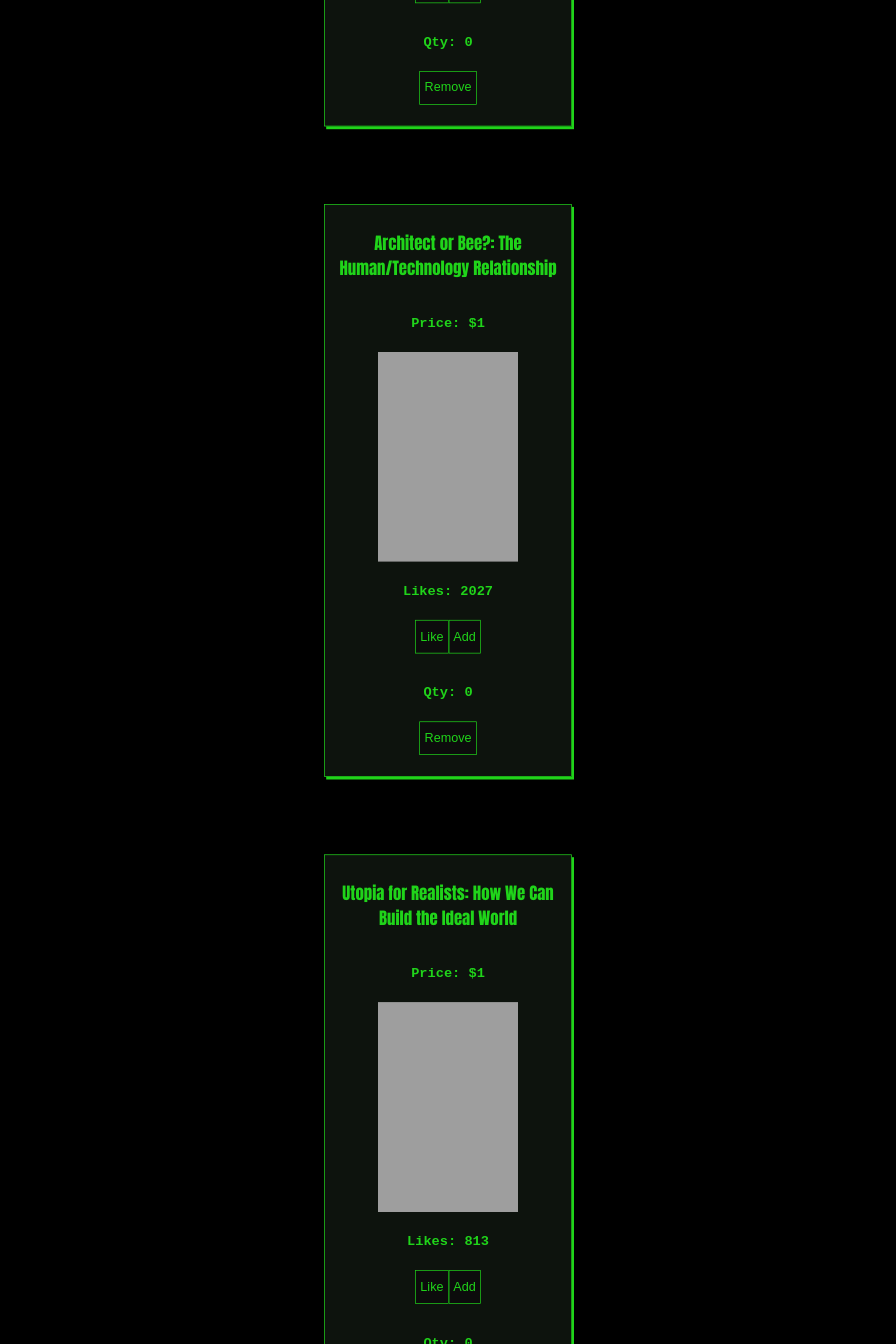
Repository: rvelarden/React-Hooks-UtopianTech-Bookstore
Page: / (app in utopiantech/)
An editor plug-in stored every save of this project. The page is shown before and after a run of saves, followed by the edit.
The browser window is 1280 px wide. The pictures show the part of the page from y = 1012 to 2932 px (the page is 7758 px tall before and 9040 px after), at 70% of full size.
Pictures or frames that could not be fetched are drawn as grey boxes. The project was rebuilt for these pictures with package versions that can differ from the ones it lists, and the page was loaded fresh each time. A package was used in the major version that the imports need, not the one package.json lists. Also part of the build but not shown: utopiantech/src/components/Shop.js, utopiantech/src/components/Spanish.js.

Above is the page before, as saved 2021-11-24 14:49:17.

### utopiantech/src/App.js
import React from 'react';
import './App.css';
import { BrowserRouter as Router, Route, Switch } from 'react-router-dom'
import Shop from "./components/Shop";
import Spanish from "./components/Spanish"
import Navbar from "./components/Navbar"
import SearchBar from "./components/SearchBar";
import BookList from './components/BookList';

const allItems = [
  {
    id: 1,
    name: "The Rise and Decline of Patriarchal Systems",
    image: "https://img.thriftbooks.com/api/images/i/m/8ECA8C9BAF351D13622ADFFBFA8A5D4E2BAABAFF.jpg",
    likes: 3359,
    price: 1,
    category: 'Social Studies'
  },
  {
    id: 2,
    name: "Architect or Bee?: The Human/Technology Relationship",
    image: "https://i.pinimg.com/originals/73/73/d8/7373d864a3dcb4534dc00fda64483674.jpg",
    likes: 2027,
    price: 1,
    category: 'Social Studies'
  },
  {
    id: 3,
    name: "Utopia for Realists: How We Can Build the Ideal World",
    image: "https://images-na.ssl-images-amazon.com/images/I/51CJA6QHtKL._SY291_BO1,204,203,200_QL40_FMwebp_.jpg",
    likes: 813,
    price: 1,
    category: 'Computer Science'
  },
  {
    id: 4,
    name: "Ada's Algorithm: How Lord Byron's Daughter ADA Lovelace Launched the Digital Age",
    image: 'https://img.thriftbooks.com/api/images/m/0bb4a32fefff1ec9c627527f6feb36668f62783b.jpg',
    likes: 7777,
    price: 1,
    category: 'Computer Science'
  },
  {
    id: 5,
    name: "Turing's Vision: The Birth of Computer Science (The MIT Press)",
    image: "https://images-na.ssl-images-amazon.com/images/I/411cTz90bFL._SY291_BO1,204,203,200_QL40_FMwebp_.jpg",
    likes: 1000,
    price: 1,
    category: 'Computer Science'
  },
  {
    id: 6,
    name: "Alan Turing: The Enigma: The Centenary Edition",
    image: "https://img.thriftbooks.com/api/images/m/6da6b05beb1f54981b588ee2a84e6f0b13a436f9.jpg",
    likes: 2000,
    price: 1,
    category: 'Computer Science'
  },
  {
    id: 8,
    name: "Ada Lovelace: The Making of a Computer Scientist",
    image: "https://images-na.ssl-images-amazon.com/images/I/51G-h1wZ7xL._SX218_BO1,204,203,200_QL40_FMwebp_.jpg",
    likes: 2000,
    price: 1,
    category: 'Computer Science'
  },
  {
    id: 9,
    name: "If Then: How the Simulmatics Corporation Invented the Future",
    image: "https://images-na.ssl-images-amazon.com/images/I/41wf6nnKIBL._SY291_BO1,204,203,200_QL40_FMwebp_.jpg",
    likes: 8000,
    price: 1,
    category: 'Business'
  }
]

export default class App extends React.Component {


  state = {
    searchText: '',
    books: allItems
  }

  searchBarText = (allItems)=>{
    // console.log(allItems)
    this.setState({
      searchText: allItems
    })
  }
  render(){
    const filteredBooks = this.state.books.filter(filterBook => filterBook.name.toLowerCase().includes(this.state.searchText))
  return (
    <Router>
      <div>
        <Navbar/>
        <div>
        <Switch>
        <Route exact path="/">
        {/* <Shop /> */}
        <SearchBar searchBar={this.searchBarText} searchText={this.state.searchText}/>
        <BookList books={filteredBooks}/>
        </Route>
        <Route path="/spanish">
        <Spanish />
        </Route>
      </Switch>
    </div>
    </div>
    </Router>
  )
}

}

### utopiantech/src/App.css
body {
  margin: 0;
  /* font-family: monospace; */
  background-color: black;
}

#book-header {
  display: flex;
  justify-content: center;
  background: #20d41a;
  opacity: .8;
  height: 7rem;
  padding: 1rem;
}

#book-header img {
  height: 6rem;
  width: auto;
}

#book-collection {
  margin: 2rem;
}

.card {
  text-align: center;
  border: #20d41a solid 1px;
  padding: 1rem;
  width: 20rem;
  height: 49rem;
  display: inline-grid;
  margin: 3rem 5rem;
  box-shadow: 3px 4px #20d41a;
  background-color: #0d130d;
  /* font-family: monospace; */
}

.font-text{
  font-family: Impact, Haettenschweiler, 'Arial Narrow Bold', sans-serif;
  color: #20d41a;
}
.font-text-text{
  font-family: monospace;
  color: #20d41a;
  background-color: black;
}

.book-avatar {
  justify-self: center;
  height: 15rem;
  width: auto;

}
.color-white {
  color:#20d41a
}

button {
  position: relative;
  background-color: #0c0c0c;
  border: none;
  height: 3rem;
  width: max-content;
  color: #20d41a;
  font-size: 18px;
  justify-self: center;
  border: #20d41a solid 1px;
}

.buttonContainer {
  text-align: center;
  padding: 1rem;
}
.textleft {
  text-align: right;
  /* padding: 10rem; */
}

button:hover {
  background-color: rgb(48, 46, 46);
  border: #20d41a solid 1px;
  color: 20d41a;
}

.container {
  padding: 1rem;
  width: stretch;
  height: auto;
  background: #20d41a;
  opacity: .8;
}

.add-book-form {
  width: 80%
}

.submit {
  position: relative;
  background-color: #20d41a;
  height: 2rem;
  width: max-content;
  color: #20d41a;
  font-size: 18px;
  justify-self: center;
  /* font-family: monospace; */
  margin: 3px;
}

.submit:hover {
  background-color: whitesmoke;
  border: #20d41a solid 1px;
  color: #20d41a;
}


.input-text {
  border-radius: 5px;
  height: 2rem;
  width: 60%;
  font-size: 18px;
  font-family: monospace;
  margin: 3px;
  color: #20d41a;
}

.center-text {
  text-align: center;
}

.center-button {
  /* margin: 0; */
  /* position: absolute; */
  /* top: 50%; */
  left: 50%;
  -ms-transform: translate(-50%, -50%);
  transform: translate(-50%, -50%);
}

a{
  /* left: 72%; */
  font-size: 20px;
  /* position:initial; */
  /* margin: 0; */
  font-family: sans-serif;
  /* padding: 0; */
  /* width: 100%; */
  /* display: inline; */
  /* outline: none; */
  /* text-decoration: none; */
  display: inline-block;
  width: 5.5%;
  margin-right: 0.625%;
  text-align: center;
  line-height: 3;
  color: #20d41a;
  margin-right: 0;
  /* background: whitesmokeow; */
  /* border: #1938e7 solid 1px; */
}

a:hover{
  color:#20d41a
}

### utopiantech/src/components/Navbar.js
import React, { Component } from 'react';

const Navbar = ()=>{
    const [cart, setCart] = React.useState([]);
    const cartTotal = cart.reduce((total, { price = 0 }) => total + price, 0);
    return(
        <div>
        <a href='/spanish' >Español</a>
        <a href='/' >English</a>

        <h1 className="center-text font-text-text textleft">CART</h1>
            <h1 className="center-text font-text-text">Total: ${cartTotal}</h1>
            <div>
            <br></br>
            <button className="center-button" onClick={() => setCart([])}>Clear</button>
            </div>
        </div>
    )
}

export default Navbar

### utopiantech/src/components/SearchBar.js
import React, { useCallback, useEffect, useState } from "react";




  const Search = (props) => {


    return (
      <div className="center-text font-text-text">

        <div className="bannersingle" >
              <h1>Find Book Name</h1>
          </div>
        <div >
          <input
           type="text"
           placeholder={"Search"}
           className="searchInput"
           onChange={(e) => props.searchBar(e.target.value)}
          />
        </div>

      </div>
    );
  };

  export default Search;

### utopiantech/src/components/BookList.js
import React, { Component } from "react"
import Book from "./Book.js"
import { Header, Button } from 'semantic-ui-react'

class BookList extends Component {


    render() {
    return (
        <div>
            {this.props.books.map(bookItem => <Book book={bookItem} />)}
        </div>


    )
      }
}

export default BookList

### utopiantech/src/components/Book.js
import React, { Component, useCallback } from 'react';


const allItems = [
    {
      id: 1,
      name: "The Rise and Decline of Patriarchal Systems",
      image: "https://img.thriftbooks.com/api/images/i/m/8ECA8C9BAF351D13622ADFFBFA8A5D4E2BAABAFF.jpg",
      likes: 3359,
      price: 1,
      category: 'Social Studies'
    },
    {
      id: 2,
      name: "Architect or Bee?: The Human/Technology Relationship",
      image: "https://i.pinimg.com/originals/73/73/d8/7373d864a3dcb4534dc00fda64483674.jpg",
      likes: 2027,
      price: 1,
      category: 'Social Studies'
    },
    {
      id: 3,
      name: "Utopia for Realists: How We Can Build the Ideal World",
      image: "https://images-na.ssl-images-amazon.com/images/I/51CJA6QHtKL._SY291_BO1,204,203,200_QL40_FMwebp_.jpg",
      likes: 813,
      price: 1,
      category: 'Computer Science'
    },
    {
      id: 4,
      name: "Ada's Algorithm: How Lord Byron's Daughter ADA Lovelace Launched the Digital Age",
      image: 'https://img.thriftbooks.com/api/images/m/0bb4a32fefff1ec9c627527f6feb36668f62783b.jpg',
      likes: 7777,
      price: 1,
      category: 'Computer Science'
    },
    {
      id: 5,
      name: "Turing's Vision: The Birth of Computer Science (The MIT Press)",
      image: "https://images-na.ssl-images-amazon.com/images/I/411cTz90bFL._SY291_BO1,204,203,200_QL40_FMwebp_.jpg",
      likes: 1000,
      price: 1,
      category: 'Computer Science'
    },
    {
      id: 6,
      name: "Alan Turing: The Enigma: The Centenary Edition",
      image: "https://img.thriftbooks.com/api/images/m/6da6b05beb1f54981b588ee2a84e6f0b13a436f9.jpg",
      likes: 2000,
      price: 1,
      category: 'Computer Science'
    },
    {
      id: 8,
      name: "Ada Lovelace: The Making of a Computer Scientist",
      image: "https://images-na.ssl-images-amazon.com/images/I/51G-h1wZ7xL._SX218_BO1,204,203,200_QL40_FMwebp_.jpg",
      likes: 2000,
      price: 1,
      category: 'Computer Science'
    },
    {
      id: 9,
      name: "If Then: How the Simulmatics Corporation Invented the Future",
      image: "https://images-na.ssl-images-amazon.com/images/I/41wf6nnKIBL._SY291_BO1,204,203,200_QL40_FMwebp_.jpg",
      likes: 8000,
      price: 1,
      category: 'Business'
    }
  ]


const Book = (props) => {
    const [cart, setCart] = React.useState([]);
    const [items, setItems] = React.useState(allItems)
    const [text, setText] = React.useState(false)
    const addToCart = (item) => setCart((currentCart) => [...currentCart, item])
    // const cartTotal = cart.reduce((total, { price = 0 }) => total + price, 0);

    const removeFromCart = (item) => {
        setCart((currentCart) => {
          const indexOfItemToRemove = currentCart.findIndex((cartItem) => cartItem.id === item.id);

          if (indexOfItemToRemove === -1) {
            return currentCart;
          }

          return [
            ...currentCart.slice(0, indexOfItemToRemove),
            ...currentCart.slice(indexOfItemToRemove + 1),
          ];
        });
      };

      const amountOfItems = (id) => cart.filter((item) => item.id === id).length;

    const updateLike = useCallback(

        (item) => {
         setItems(items.map(indItem => {
            if (indItem !== item) {
              return indItem
            } else {
              return {...item, likes: item.likes + 1}
            }
          }))
      },
      [], // Tells React to memoize regardless of arguments.
      )


      return(
            <div className="center-text font-text-text">
            <div  key={props.book.id} className="card">
            <div className="font-text"><h2>{`${props.book.name}`}</h2></div>
            <h2>{`Price: $${props.book.price}`}</h2>
            <img src={props.book.image} style={{ width: "200px", height: "300px", objectFit: "cover" }} className="book-avatar" />
            <h2>Likes: {props.book.likes}</h2>
            <div>
            <button disable={items.disable} text={items.text} onClick={()=> updateLike(props.book)}> {text ? "Liked!" : "Like"} </button>
            <button type="submit" onClick={() => addToCart(props.book)}> Add </button>
            </div>
            <div>

            </div>
            <h2>Qty: {amountOfItems(props.book.id)}</h2>
            <button type="submit" onClick={() => removeFromCart(props.book)}> Remove </button>
            </div>
            {/* <h1 className="center-text font-text-text">CART</h1>  */}
            {/* <h1 className="center-text font-text-text">Total: ${cartTotal}</h1> */}
            <div>
            <br></br>
            {/* <button className="center-button" onClick={() => setCart([])}>Clear</button> */}
            </div>
            </div>
      )
    }

  export default Book

Loaded but not shown: utopiantech/public/index.html (common file); utopiantech/src/index.js (common file); utopiantech/src/index.css (common file); utopiantech/src/reportWebVitals.js (common file)

After the next 4 saves:
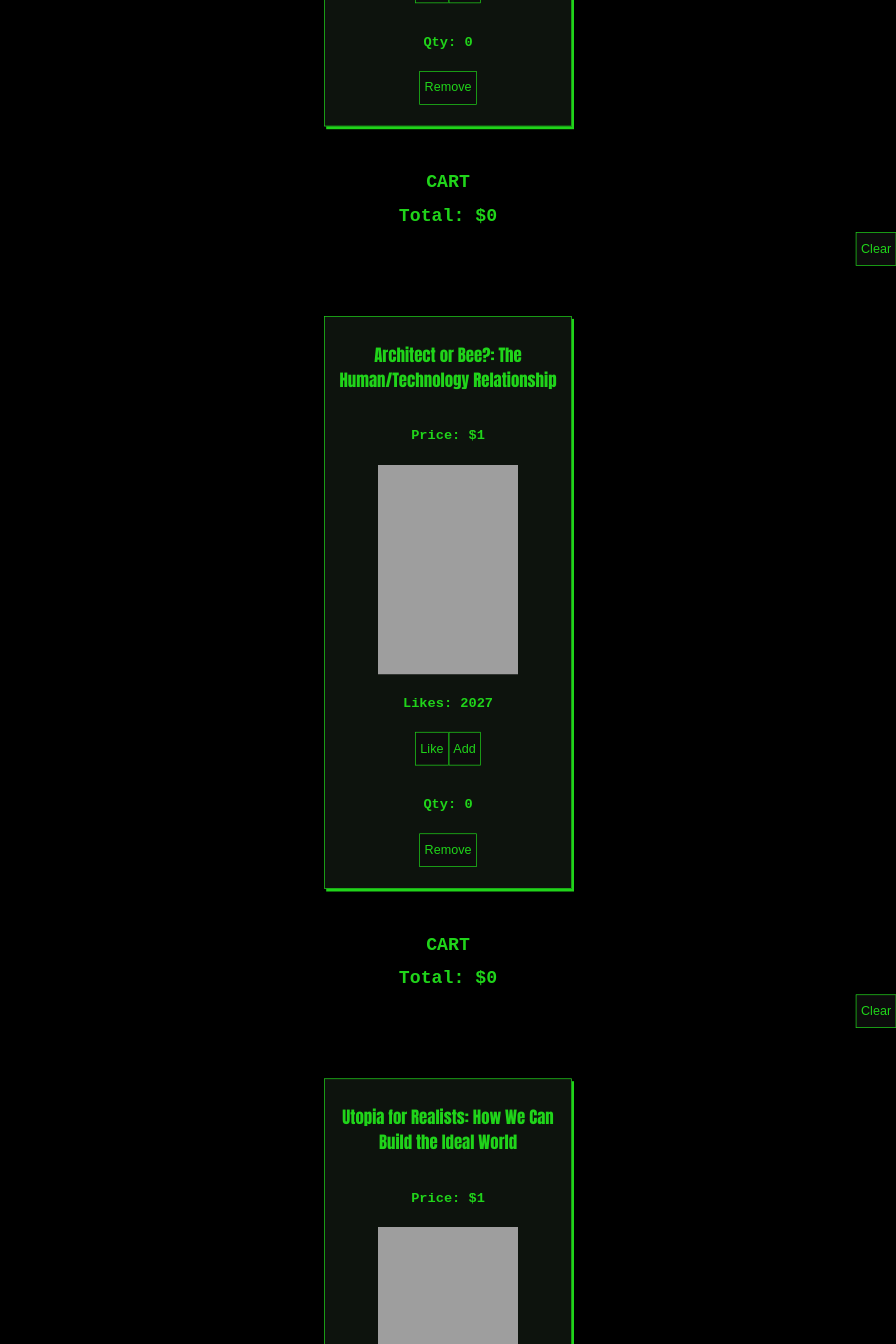
The 4 saves are shown as one change because 1 did not build or start and some came seconds apart.
The last was saved 102 s later.
--- a/utopiantech/src/components/Book.js
+++ b/utopiantech/src/components/Book.js
@@ -74,7 +74,7 @@
     const [items, setItems] = React.useState(allItems)
     const [text, setText] = React.useState(false)
     const addToCart = (item) => setCart((currentCart) => [...currentCart, item])
-    // const cartTotal = cart.reduce((total, { price = 0 }) => total + price, 0);
+    const cartTotal = cart.reduce((total, { price = 0 }) => total + price, 0);
 
     const removeFromCart = (item) => {
         setCart((currentCart) => {
@@ -125,11 +125,11 @@
             <h2>Qty: {amountOfItems(props.book.id)}</h2>
             <button type="submit" onClick={() => removeFromCart(props.book)}> Remove </button>
             </div>
-            {/* <h1 className="center-text font-text-text">CART</h1>  */}
-            {/* <h1 className="center-text font-text-text">Total: ${cartTotal}</h1> */}
+            <h1 className="center-text font-text-text">CART</h1>
+            <h1 className="center-text font-text-text">Total: ${cartTotal}</h1>
             <div>
             <br></br>
-            {/* <button className="center-button" onClick={() => setCart([])}>Clear</button> */}
+            <button className="center-button" onClick={() => setCart([])}>Clear</button>
             </div>
             </div>
       )
